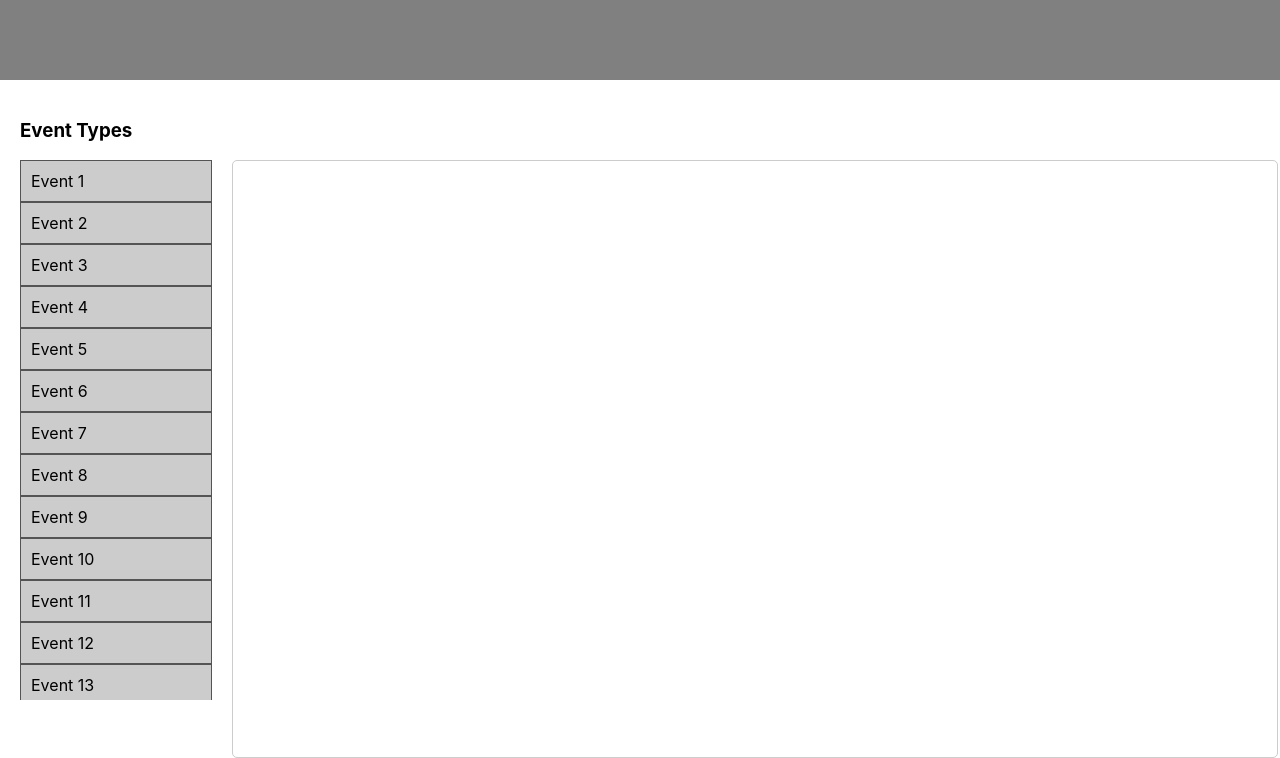
Repository: TauqeerHusain/Assignment
Page: /
The author's editor kept a copy of each file at every save. The page is drawn from the files as they stood at one save, then again after the next save.
The browser window is 1280 px wide. The pictures show the whole page.
The project was rebuilt for these pictures with package versions that can differ from the ones it lists, and the page was loaded fresh each time.

Above is the page before, as saved 2023-02-07 11:11:57.

After the next save:
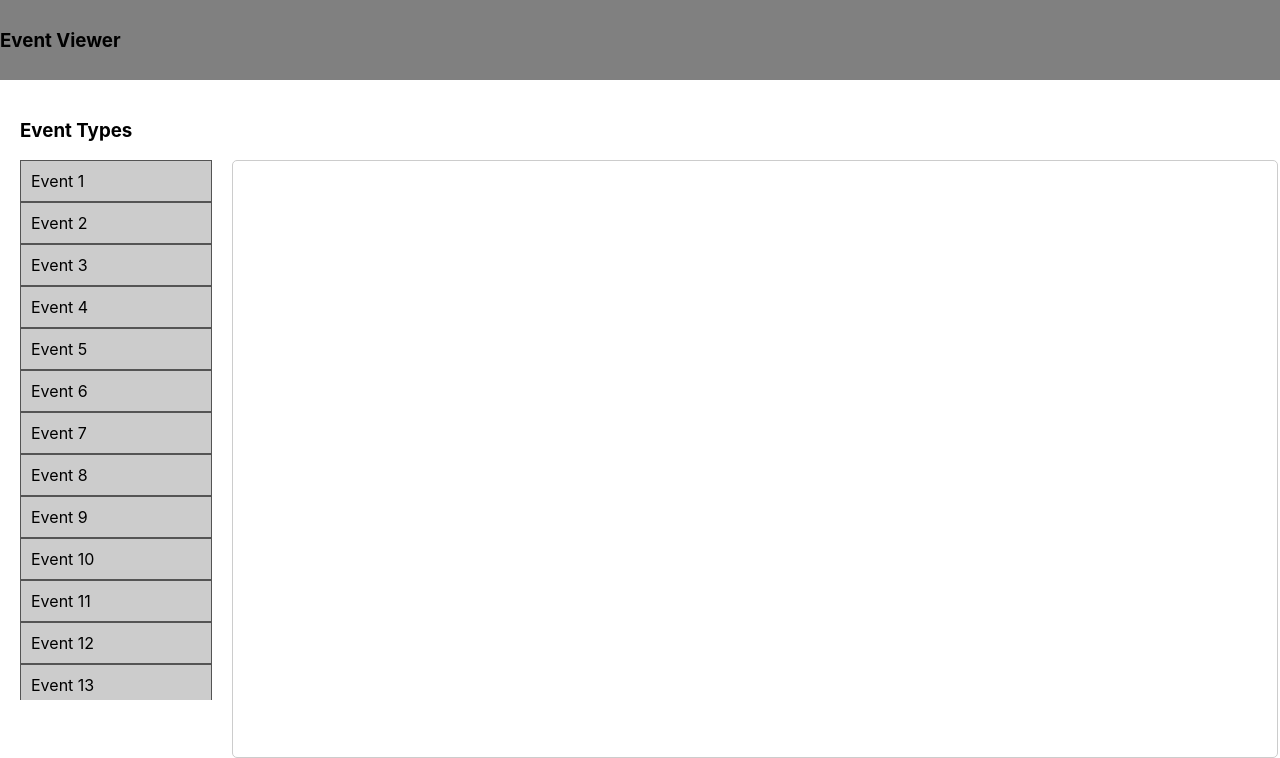
Saved 58 s later.
--- a/src/App.js
+++ b/src/App.js
@@ -480,7 +480,6 @@ const App = () => {
       <nav>
         <div
           style={{
-            paddingLeft: 200,
             height: 80,
             background: "gray",
             display: "flex",
@@ -488,6 +487,7 @@ const App = () => {
             alignItems: "center",
           }}
         >
+          <h3>Event Viewer</h3>
           {openTabs.map((item) => (
             <div
               key={item.id}
